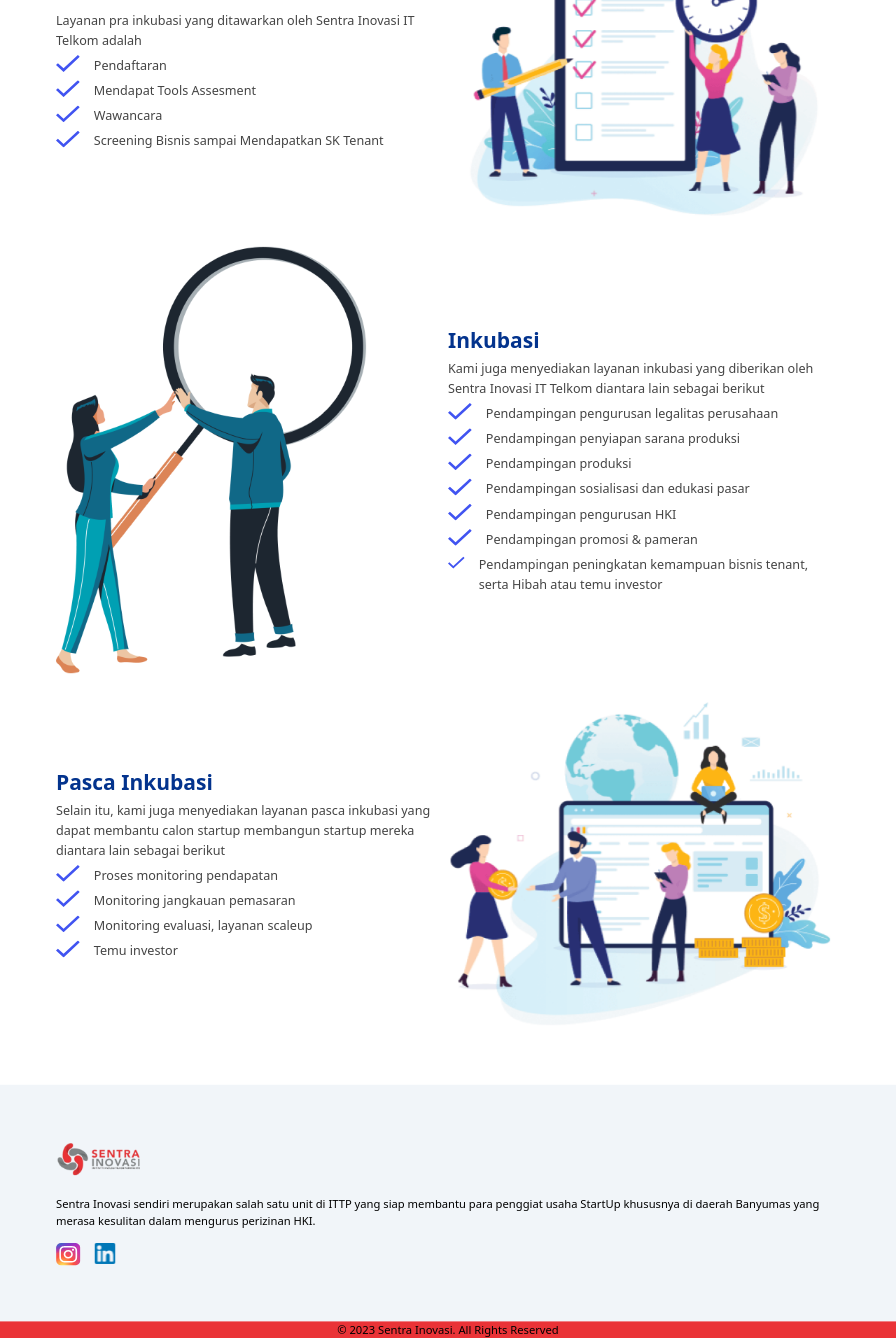
Repository: whytrno/sinovi-products
Page: /
An editor plug-in stored every save of this project. The page is shown before and after the next save, followed by the edit.
The browser window is 1280 px wide. The pictures show the part of the page from y = 1854 to 3774 px (the page is 3766 px tall before and 3774 px after), at 70% of full size.
The project was rebuilt for these pictures with package versions that can differ from the ones it lists, and the page was loaded fresh each time. The framework's server and built-in components were replaced by stand-ins that run in the browser. Also part of the build but not shown: next.config.js, components/Produk.js.

Above is the page before, as saved 2023-02-24 12:17:56.

After the next save:
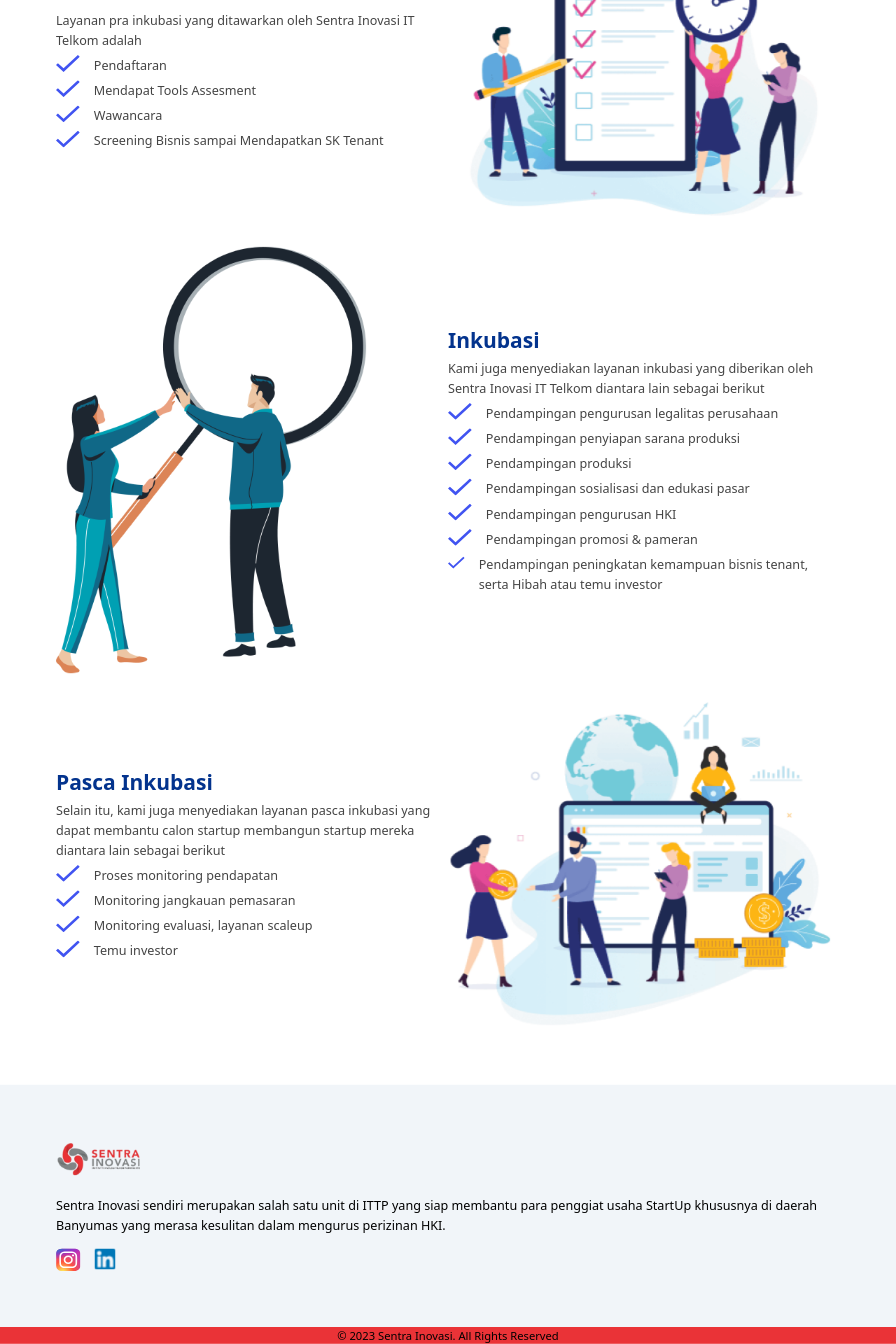
Saved 13 s later.
--- a/components/Footer.js
+++ b/components/Footer.js
@@ -6,7 +6,7 @@
         <>
             <div className="px-20 2xl:px-60 py-20 w-full bg-slate-100 space-y-5">
                 <img src="./logo/sinovi.png" />
-                <p>Sentra Inovasi sendiri merupakan salah satu unit di ITTP yang siap membantu para penggiat usaha StartUp khususnya di daerah Banyumas yang merasa kesulitan dalam mengurus perizinan HKI.</p>
+                <p className="text-lg">Sentra Inovasi sendiri merupakan salah satu unit di ITTP yang siap membantu para penggiat usaha StartUp khususnya di daerah Banyumas yang merasa kesulitan dalam mengurus perizinan HKI.</p>
 
                 <div className="flex gap-5">
                     <InstagramIcon />
